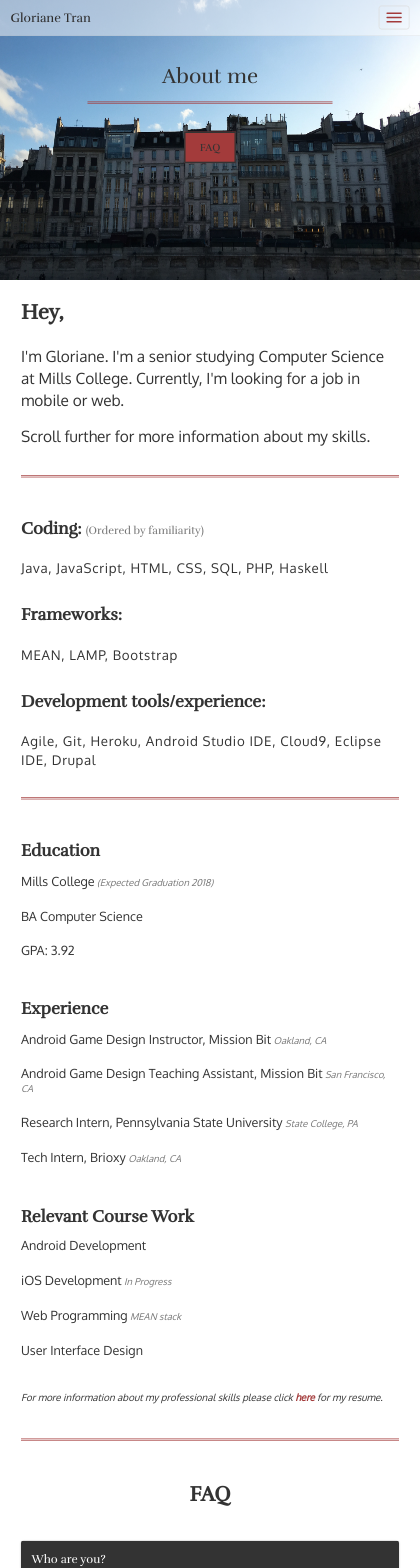
Repository: glorianetran/gloriane-web
Page: http://localhost/about
The author's editor kept a record of every edit. The page is drawn from the files as they stood at one moment, then again after the next edit.
The browser window is 600 px wide. The pictures show the part of the page from y = 0 to 2240 px (the page is 2624 px tall), at 70% of full size.
Some web libraries are served in a nearby version. The page is served by the project's Node server (app.js). Other server files are loaded and not shown.

Above is the page before.

### app_server/views/about.ejs
<!DOCTYPE html>
<html lang="en">
    <head>
        <% include partials/head.ejs %>
        <script type="text/javascript" src="https://code.jquery.com/jquery-1.11.0.min.js"></script>
        <link href="/stylesheets/about.css" rel="stylesheet">

        <!--FAQ script-->
    	<script>
        	jQuery(document).ready(function() {
        	function close_accordion_section() {
        		jQuery('.accordion .accordion-section-title').removeClass('active');
        		jQuery('.accordion .accordion-section-content').slideUp(300).removeClass('open');
        	}

        	jQuery('.accordion-section-title').click(function(e) {
        		// Grab current anchor value
        		var currentAttrValue = jQuery(this).attr('href');

        		if(jQuery(e.target).is('.active')) {
        			close_accordion_section();
        		}else {
        			close_accordion_section();

        			// Add active class to section title
        			jQuery(this).addClass('active');
        			// Open up the hidden content panel
        			jQuery('.accordion ' + currentAttrValue).slideDown(300).addClass('open');
        		}

        		e.preventDefault();
        	});
        });
	</script>
	</head>

    <body>
        <% include partials/nav%>

        <div class="jumbotron">
            <h2 class="text-center rufina">About me</h2>
            <strong><hr class="style"></strong>
            <br>
            <div class="text-center rufina">
                <input type="button" class="button" onClick="document.getElementById('faq').scrollIntoView();" value="FAQ">
            </div>
        </div>

        <!--About page main text-->
        <div class="container">
            <div class="margin">
                <h2 class="about-header rufina">Hey,</h2>
                <br>
                <div class="about-text oxygen">
                   I'm Gloriane. I'm a senior studying Computer Science at Mills College. Currently, I'm looking
                   for a job in mobile or web.
                </div>
                <br>
                <div class="about-text oxygen">Scroll further for more information about my skills. </div>
                <br>
                <hr class="style-2">
                <br>
                <h3 class="about-header rufina">Coding: <small>(Ordered by familiarity)</small></h3>
                <br>
                <div class="about-text-list oxygen">Java, JavaScript, HTML, CSS, SQL, PHP, Haskell</div>
                <br>
                <h3 class="about-header rufina">Frameworks:</h3>
                <br>
                <div class="about-text-list oxygen">MEAN, LAMP, Bootstrap</div>
                <br>
                <h3 class="about-header rufina">Development tools/experience:</h3>
                <br>
                <div class="about-text-list oxygen">Agile, Git, Heroku, Android Studio IDE, Cloud9, Eclipse IDE, Drupal</div>
                <br>
                <hr class="style-2">
                <br>
                <h3 class="about-header rufina">Education</h3>
                <h4 class="about-text-resume oxygen">Mills College<small><i> (Expected Graduation 2018)</i></small>
                <h4 class="about-text-resume oxygen">BA Computer Science</h4>
                <h4 class="about-text-resume oxygen">GPA: 3.92</h4>
                <br>
                <h3 class="about-header rufina">Experience</h3>
                <h4 class="about-text-resume oxygen">Android Game Design Instructor, Mission Bit<small><i> Oakland, CA</i></small></h4>
                <h4 class="about-text-resume oxygen">Android Game Design Teaching Assistant, Mission Bit<small><i> San Francisco, CA</i></small></h4>
                <h4 class="about-text-resume oxygen">Research Intern, Pennsylvania State University<small><i> State College, PA</i></small></h4>
                <h4 class="about-text-resume oxygen">Tech Intern, Brioxy<small><i> Oakland, CA</i></small></h4>
                <br>
                <h3 class="about-header rufina">Relevant Course Work</h3>
                <h4 class="about-text-resume oxygen">Android Development</h4>
                <h4 class="about-text-resume oxygen">iOS Development<small><i> In Progress</i></small></h4>
                <h4 class="about-text-resume oxygen">Web Programming<small><i> MEAN stack</i> </small></h4>
                <h4 class="about-text-resume oxygen">User Interface Design</h4>
                <br>
                <i><h5 class="oxygen">For more information about my professional skills please
                click <a href="https://drive.google.com/file/d/0B7LTg5vkTmfCWkQ1WWlfV2tndTNld3JjbjJ2OTZxSGRpb0Y0/view?usp=sharing" target="_blank"><b>here</b></a> for my resume.</h5></i>
                <br>
                <hr class="style-2">
                <br>

                 <!-- FAQ -->
                <h2 id="faq" class="about-header rufina text-center">FAQ</h2>
                <br>
                <br>
            	<div class="main">
            		<div class="accordion">

            			    <div class="accordion-section">
            			    	<a class="accordion-section-title rufina" href="#accordion-1">Who are you?</a>
            				    <div id="accordion-1" class="accordion-section-content">
            					    <p class="about-faq oxygen">I'm Gloriane. Most people call me Glo. My life motto is to "Glo with the flow."</p>
            				    </div><!--end .accordion-section-content-->
            		       	</div><!--end .accordion-section-->

            			    <div class="accordion-section">
            				    <a class="accordion-section-title rufina" href="#accordion-2">What do you do outside of class?</a>
            				    <div id="accordion-2" class="accordion-section-content">
            					    <p class="about-faq oxygen">I enjoy thinking about cool app ideas,
            					    improving my general knowledge, finding time to volunteer,
            					    and admiring the beauty of giraffes (and all animals). I'm also the president of the Mills Computer Club! </p>
            				    </div><!--end .accordion-section-content-->
            			    </div><!--end .accordion-section-->

            		    	<div class="accordion-section">
            				    <a class="accordion-section-title rufina" href="#accordion-3">What are your career goals?</a>
            				    <div id="accordion-3" class="accordion-section-content">
                					<p class="about-faq oxygen">My short term goal is to get a job in mobile/web to get more experience as a developer. My long term goal is to
                					find a job where I can combine my passion for social justice and technology. I want to be able to help
                					solve some of the world's most pressing issues with tech.</p>
            				    </div><!--end .accordion-section-content-->
            		    	</div><!--end .accordion-section-->

            			    <div class="accordion-section">
            				    <a class="accordion-section-title rufina" href="#accordion-4">What are your strengths/weaknesses?</a>
            				    <div id="accordion-4" class="accordion-section-content">
            					    <p class="about-faq oxygen">My strengths are: being on time,
            					    being organized, having a positive attitude, and embracing any confusion.
            					    My weaknesses are: obsessing over minor details, not asking for help when needed,
            					    public speaking, and spelling (spell-check spoils me).
            					    </p>
            				    </div><!--end .accordion-section-content-->
            		       	</div><!--end .accordion-section-->

            		       	<div class="accordion-section">
            				    <a class="accordion-section-title rufina" href="#accordion-5">What is one cool thing you have done?</a>
            				    <div id="accordion-5" class="accordion-section-content">
            					    <p class="about-faq oxygen">In my 2nd year of college, I studied abroad in Budapest, Hungary at Aquincum Institute of Technology (AIT).
            					    It was my first time leaving the United States. I traveled to 8 countries such as Spain, France, Denmark, etc. All of the images
            					    used for this website were taken while I was abroad. <br><br>
            					    </p>
            					    <div class="text-center">
            					        <h5 class="about-faq oxygen">Here's a picture of me worshipping a quiche the size of my face in Paris, France.</h5>
            					        <img src="/images/quiche.jpg"></img>
            					    </div>
            					    <br>
            				    </div><!--end .accordion-section-content-->
            		       	</div><!--end .accordion-section-->

                    </div><!--end .accordion-->
            	</div><!--end .main-->
            </div><!--end .margin-->
        </div><!--end .container-->
	</body>

	<% include partials/footer%>

</html>

### app_server/views/partials/head.ejs
<meta charset="utf-8">
<meta http-equiv="X-UA-Compatible" content="IE=edge">
<meta name="viewport" content="width=device-width, initial-scale=1">
<meta name="description" content="Gloriane Tran's personal website with information about her academic work and projects.">
<meta name="author" content="Gloriane Tran">

<!--jQuery-->
<script src="https://ajax.googleapis.com/ajax/libs/jquery/3.2.0/jquery.min.js"></script>

<!--Bootstrap Themes-->
<link rel="stylesheet" href="https://maxcdn.bootstrapcdn.com/bootstrap/3.3.7/css/bootstrap.min.css">
<script src="https://maxcdn.bootstrapcdn.com/bootstrap/3.3.7/js/bootstrap.min.js"></script>

<!--Icons-->
<link href="https://maxcdn.bootstrapcdn.com/font-awesome/4.7.0/css/font-awesome.min.css" rel="stylesheet">

<!--Stylesheets-->
<link href="/stylesheets/footer.css" rel="stylesheet">
<link href="/stylesheets/font.css" rel="stylesheet">
<link href="/stylesheets/nav.css" rel="stylesheet">

<!--Fonts-->
<link href="https://fonts.googleapis.com/css?family=Oxygen|Rufina" rel="stylesheet">

<!--Page Title -->
<title>Gloriane Tran | <%= title %></title>

### app_server/views/partials/nav.ejs
<nav class="navbar navbar-default navbar-fixed-top">
    <div class="container-fluid">
        <div class="navbar-header">
                <button type="button" class="navbar-toggle collapsed" data-toggle="collapse" data-target="#navbar" aria-expanded="false" aria-controls="navbar">
                <span class="icon-bar"></span>
                <span class="icon-bar"></span>
                <span class="icon-bar"></span>
            </button>
            <a class="navbar-brand rufina" href="/">Gloriane Tran</a>
        </div>

        <div class="navbar-collapse collapse" id="navbar">
            <ul class="nav navbar-nav navbar-right rufina">
                <li><a href="/">Home</a></li>
                <li><a href="/about">About</a></li>
                <li><a href="/projects">Projects</a></a></li>
            </ul>
        </div>
    </div>
</nav>

### app_server/views/partials/footer.ejs
<footer>
    <hr>
    <div class="container">
        <div class="text-center">
            <a href="https://www.linkedin.com/in/gloriane-tran-ab8592a7/" target="_blank"><i class="fa fa-linkedin-square fa-3x social"></i></a>
            <a href="https://github.com/glorianetran" target="_blank"><i class="fa fa-github-square fa-3x social"></i></a>
            <a href="mailto:glorianetran@gmail.com"><span class="glyphicon glyphicon-envelope"></span></a>
            <br>
            <br>
            <p class="rufina">Copyright © Gloriane Tran 2017</p>
        </div>
    </div>
</footer>

### app.js
var express = require('express');
var path = require('path');
var favicon = require('serve-favicon');
var logger = require('morgan');
var cookieParser = require('cookie-parser');
var bodyParser = require('body-parser');

var index = require('./app_server/routes/index');
var users = require('./app_server/routes/users');

var app = express();

// view engine setup
app.set('views', path.join(__dirname,'app_server', 'views'));
app.set('view engine', 'ejs');

// uncomment after placing your favicon in /public
//app.use(favicon(path.join(__dirname, 'public', 'favicon.ico')));
app.use(logger('dev'));
app.use(bodyParser.json());
app.use(bodyParser.urlencoded({ extended: false }));
app.use(cookieParser());
app.use(express.static(path.join(__dirname, 'public')));

app.use('/', index);
app.use('/users', users);

// catch 404 and forward to error handler
app.use(function(req, res, next) {
  var err = new Error('Not Found');
  err.status = 404;
  next(err);
});

// error handler
app.use(function(err, req, res, next) {
  // set locals, only providing error in development
  res.locals.message = err.message;
  res.locals.error = req.app.get('env') === 'development' ? err : {};

  // render the error page
  res.status(err.status || 500);
  res.render('error');
});

module.exports = app;

### app_server/controllers/main.js
/* GET home page */
module.exports.index = function(req, res) {
    res.render('index', {
        title: 'Home'
    });
};

/* GET about page. */
module.exports.about = function(req, res) {
    res.render('about', {
        title: 'About'
    });
};

/* GET projects page. */
module.exports.projects = function(req, res) {
    res.render('projects', {
        title: 'Projects'
    });
};

### public/stylesheets/footer.css
footer {
    width: 100%;
    height: 100px;
}


/*Social Media Links*/

.fa-3x {
    font-size: 3em;
    color: #A33B3B;
    margin: auto 5px;
}

.fa-3x:hover {
    color: #333333;
}


/*Link color*/

a {
    color: #A33B3B;
}

a:hover {
    color: #333333;
}

a:focus {
    color: #A33B3B;
}


/*Email Icon*/

span.glyphicon-envelope {
    font-size: 2.5em;
    margin: auto 5px;
}

.glyphicon {
    top: 3px;
}

### public/stylesheets/font.css
.rufina{
    font-family: 'Rufina', serif;
}

.oxygen{
    font-family: 'Oxygen', sans-serif;
}

### public/stylesheets/nav.css
.navbar-default .navbar-brand {
    color: #A33B3B;
    font-size: 18px;
}

.navbar-default .navbar-brand:hover,
.navbar-default .navbar-brand:focus {
    color: #2C2B2B;
}

.navbar-default .navbar-nav>li>a {
    color: #A33B3B;
    font-size: 16px;
}

.navbar-default {
    background-color: RGBA(255, 255, 255, .5);
    border-color: #E7E7E7;
}

.icon-bar {
    background-color: #A33B3B !important;
}

### public/stylesheets/about.css
hr.style {
    border-top: 3px double #000000;
    width: 350px;
    border-color: #A33B3B;
}

hr.style-2 {
    border-top: 3px double #000000;
    width: 100%;
    border-color: #A33B3B;
    text-align: left;
}

.button {
    border-radius: 0px;
    color: #333333;
    font-size: 15px;
    font-weight: 500;
    background: RGBA(255, 255, 255, .2);
    padding: 10px 20px 10px 20px;
    border: solid #333333 2px;
    outline: none !important;
}

.button:hover {
    background: #A33B3B;
    text-decoration: none;
    color: #333333;
}

.jumbotron {
    margin-bottom: 0px;
    padding: 9% 0;
    width: 100%;
    background-image: url("/images/about.jpg");
    background-size: 100% 100%;
    height: 400px;
}

.container {
    width: 100%;
    padding: 0px;
}

.margin {
    margin: 90px 200px;
}

.about-text {
    font-size: 22px;
}

.about-faq {
    font-size: 16px;
}

.about-text-list {
    font-size: 19px;
    letter-spacing: 1px;
}

.about-text-resume {
    padding: 10px 0px;
}

.about-header {
    font-weight: 800;
}


/*----- Accordion FAQ -----*/

.accordion,
.accordion * {
    box-sizing: border-box;
}

.accordion {
    overflow: hidden;
    box-shadow: 0px 1px 3px rgba(0, 0, 0, 0.25);
    border-radius: 3px;
    background: #f7f7f7;
}


/*----- Section Titles -----*/

.accordion-section-title {
    width: 100%;
    padding: 15px;
    display: inline-block;
    border-bottom: 1px solid #1a1a1a;
    background: #333333;
    transition: all linear 0.15s;
    font-size: 1.200em;
    color: #FFFFFF;
    text-decoration: none;
}

.accordion-section-title.active,
.accordion-section-title:hover {
    background: #A33B3B;
    color: #333333;
    text-decoration: none;
    font-weight: bolder;
}

.accordion-section:last-child .accordion-section-title {
    border-bottom: none;
}


/*----- Section Content -----*/

.accordion-section-content {
    padding: 15px;
    display: none;
}

a:focus,
a:hover {
    color: #fff;
    text-decoration: none;
}


/*Responsive*/

@media (max-width: 975px) {
    html,
    body {
        width: auto !important;
        overflow-x: hidden !important;
    }

    .margin {
        margin: 40px 60px;
    }
    .jumbotron {
        padding: 12% 0;
    }
    .button {
        background: #A33B3B;
    }
    .button:hover {
        background: #333333;
        color: #A33B3B;
    }
}

@media (max-width: 730px) {
    .margin {
        margin: 30px 30px;
    }
    .jumbotron {
        padding: % 0px;
        width: 100%;
    }
    .button {
        background: #A33B3B;
    }
    .button:hover {
        background: #333333;
        color: #A33B3B;
    }
}

@media (max-width: 400px) {

    hr.style {
        width: 300px;
    }
    .margin {
        margin: 30px 30px;
    }
    .jumbotron {
        padding: 28% 0;
    }
    .button {
        background: #A33B3B;
    }
    .button:hover {
        background: #333333;
        color: #A33B3B;
    }
}

After the next edit:
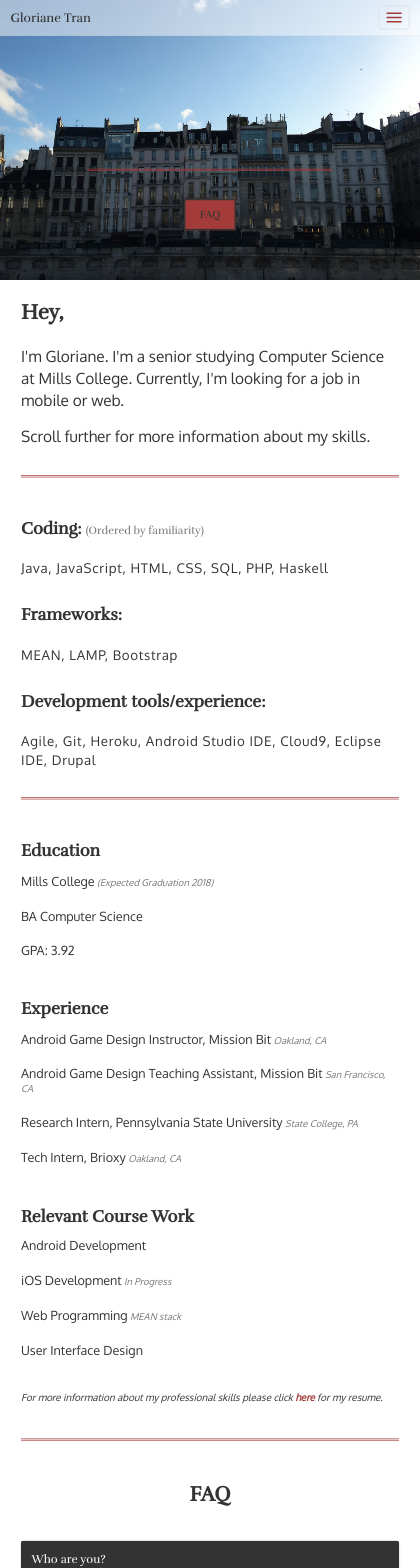
The edit:
--- a/public/stylesheets/about.css
+++ b/public/stylesheets/about.css
@@ -132,7 +132,6 @@
         width: auto !important;
         overflow-x: hidden !important;
     }
-
     .margin {
         margin: 40px 60px;
     }
@@ -153,8 +152,7 @@
         margin: 30px 30px;
     }
     .jumbotron {
-        padding: % 0px;
-        width: 100%;
+        padding: 28% 0px;
     }
     .button {
         background: #A33B3B;
@@ -166,7 +164,6 @@
 }
 
 @media (max-width: 400px) {
-
     hr.style {
         width: 300px;
     }
